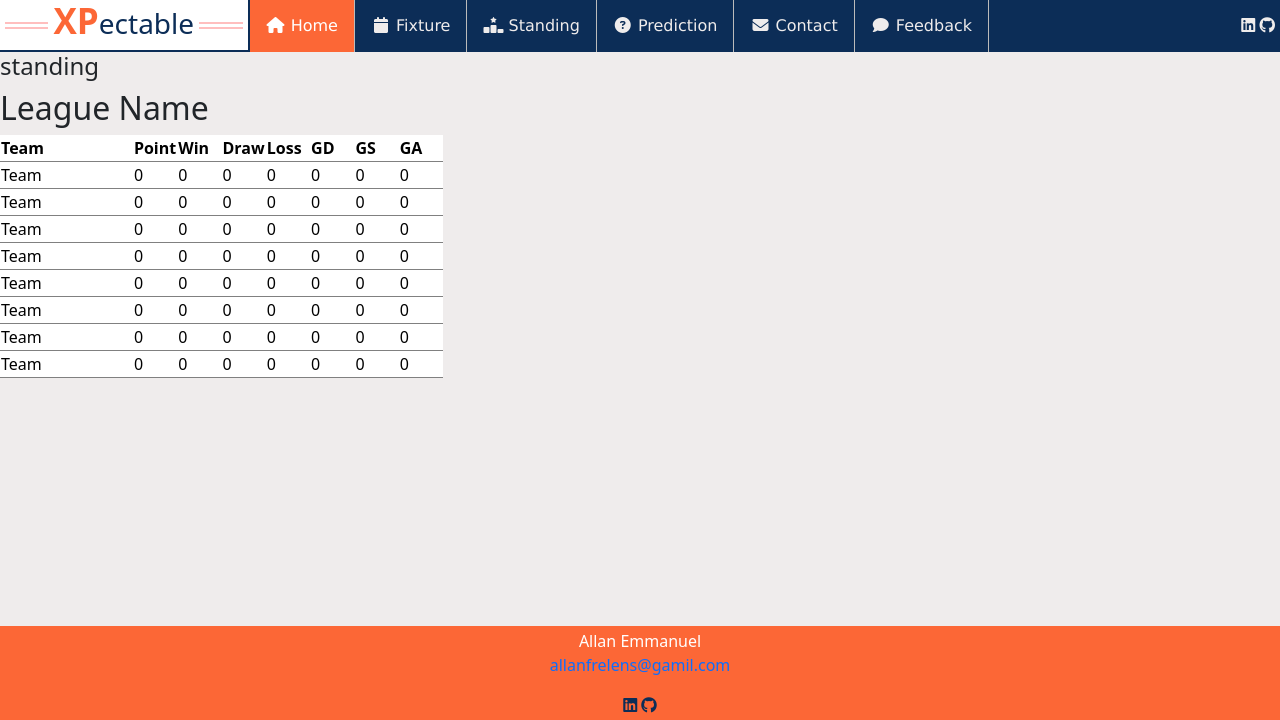
Repository: allanmanno/Xpectable
Page: http://localhost/xpec/standing.html
These files come from the project's save history. The page is drawn as it stood at one moment and after the next save; the edit follows.
The browser window is 1280 px wide. The pictures show the whole page.
The page is served by Tomcat 9.

Above is the page before, as saved 2024-05-17 00:02:32.

After the next save:
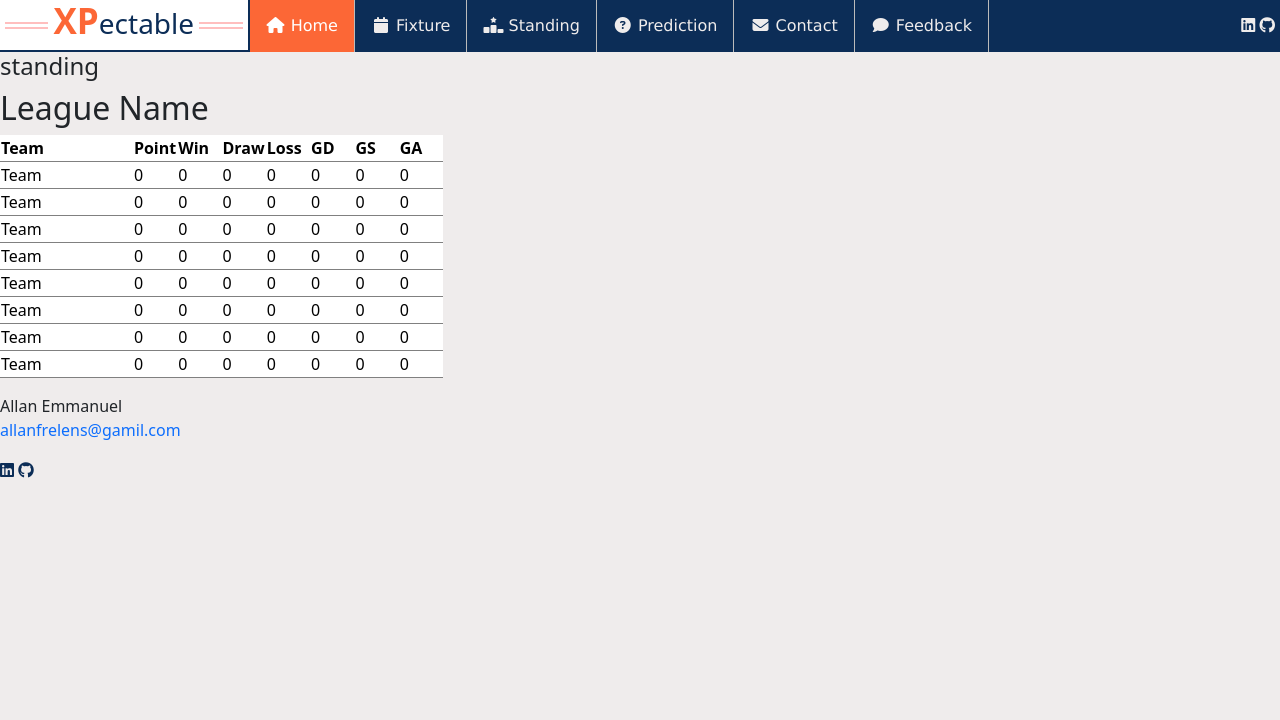
Saved 31 s later.
--- a/xpec/src/main/webapp/resources/css/standing.css
+++ b/xpec/src/main/webapp/resources/css/standing.css
@@ -198,17 +198,27 @@ body {
 }
 
 /******************************/
-footer {
-    text-align: center;
-    padding: 3px;
-    background-color: #FC6736;
-    color: white;
-    margin-top: 20px;
-    position: absolute;
-    bottom: 0;
-    width: 100%;
-}
- /* social media below menu bar */
-footer social_media{
-    color:black;
-}
+<div class="menu_box">
+      <div class="logo">
+          <hr />
+          <a href="index.html"><h3><b style="color:#FC6736;font-size:35px">XP</b>ectable</h3></a>
+          <hr />
+      </div>
+      <ul>
+          <li><a class="home" href="index.jsp"><i class="fa fa-home fa-fw"></i>
+              Home</a></li>
+          <li><a href="fixture.jsp"><i class="fa fa-calendar fa-fw"></i>
+              Fixture</a></li>
+          <li><a href="standing.jsp"><i class="fa-solid fa-ranking-star fa-fw"></i>
+              Standing</a></li>
+          <li><a href="stat.jsp"><i class="fa-solid fa-chart-column"></i>
+              Stats</a></li>
+          <li><a href="contact.html"><i class="fa fa-envelope fa-fw"></i>
+              Contact</a></li>
+
+          <div class="social_media">
+              <a href="#"><i class="fa-brands fa-linkedin" style="color:#EFECEC"></i></a>
+              <a href="#"><i class="fa-brands fa-github" style="color:#EFECEC"></i></a>
+          </div>
+      </ul>
+  </div>
